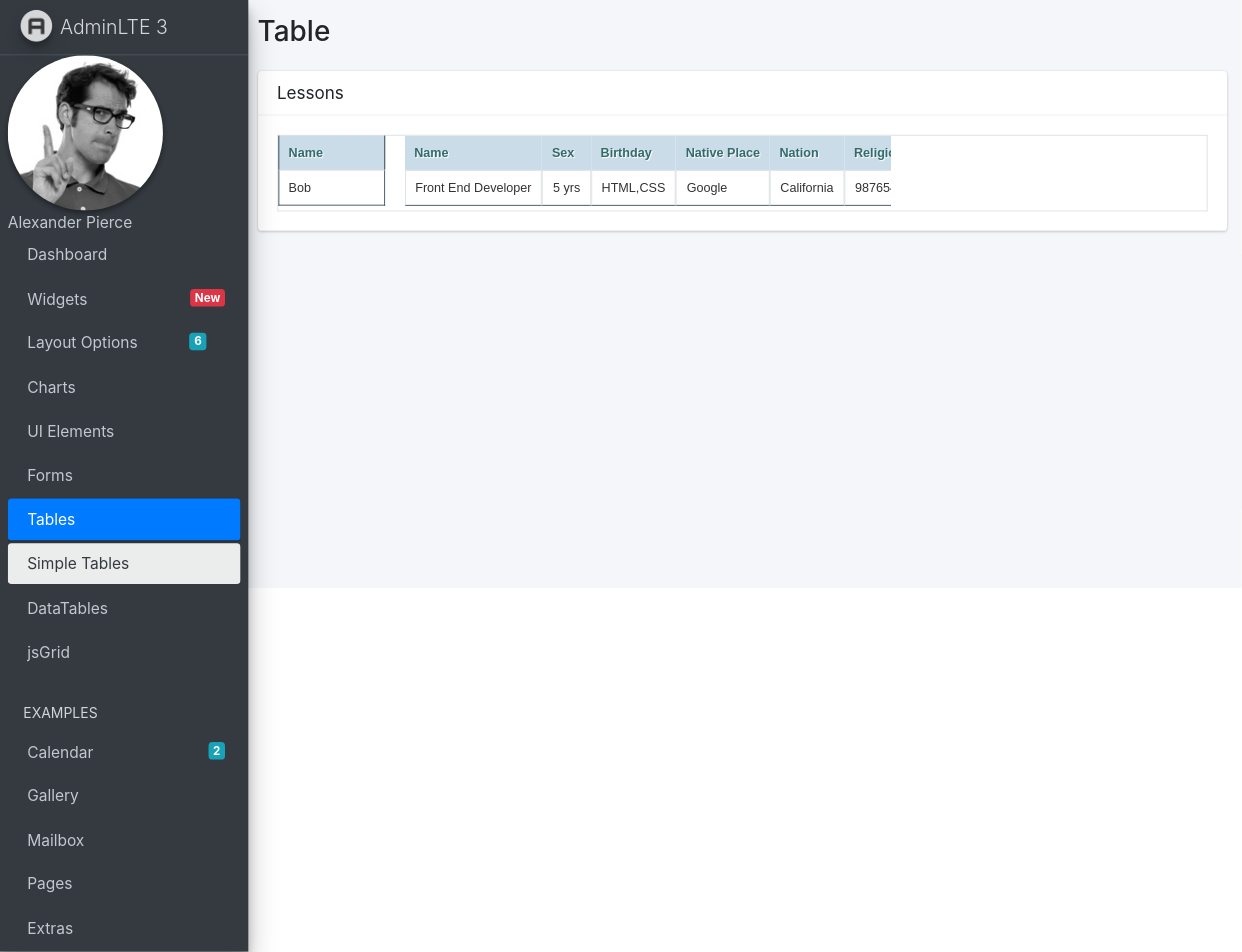
Repository: huyennvo/table
Page: http://localhost/table/students
An editor plug-in stored every save of this project. The page is shown before and after the next save, followed by the edit.
The browser window is 1280 px wide. The pictures show the whole page, at 97% of full size.
Some web fonts or font styles are not loaded; a fallback is used. The page is served by the project's Laravel application, run on PHP 8.4 with Laravel 8.

Above is the page before, as saved 2022-08-11 20:38:41.

After the next save:
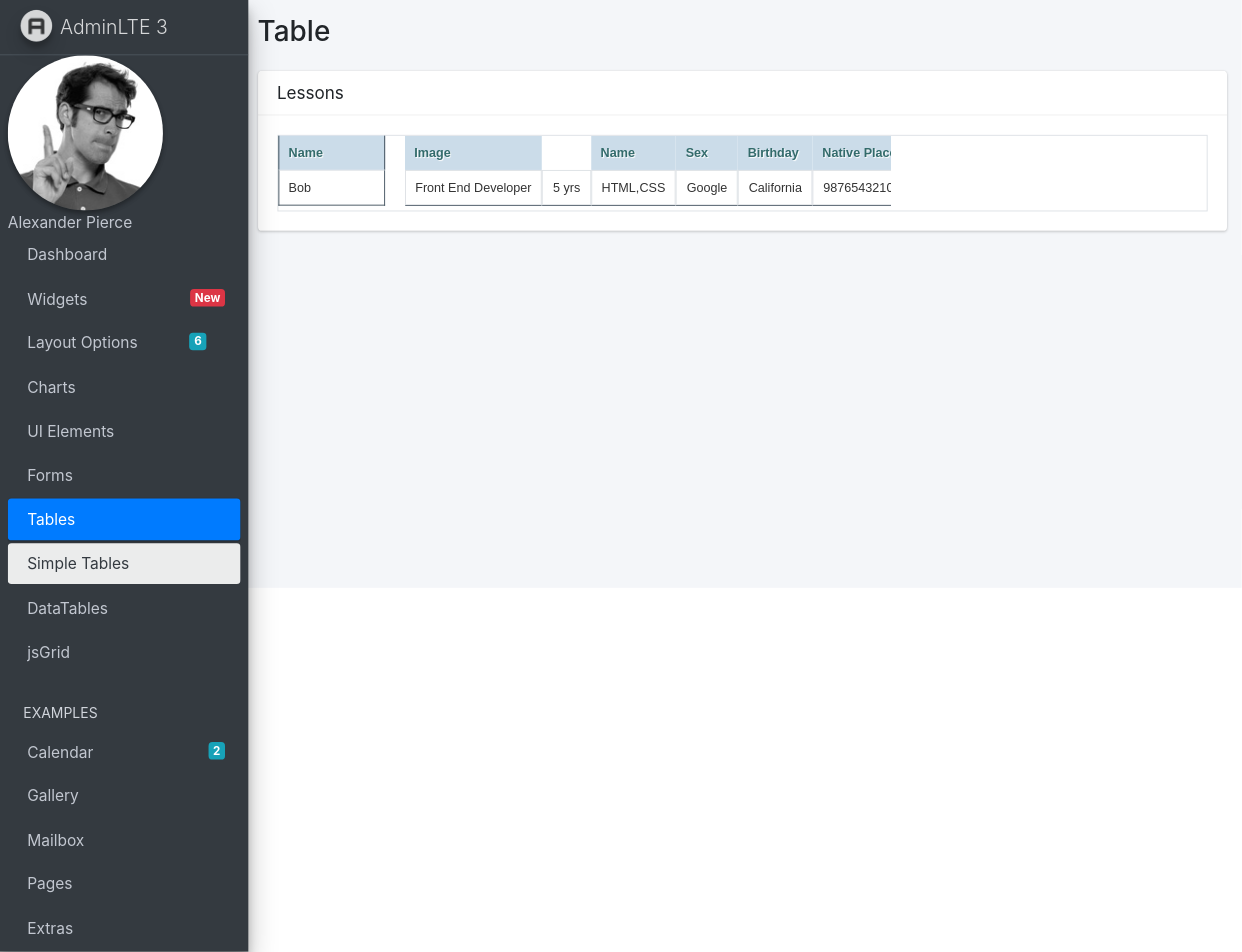
Saved 20 s later.
--- a/resources/views/students.blade.php
+++ b/resources/views/students.blade.php
@@ -19,7 +19,7 @@
         <thead>
             <tr>
                 <th class="fix-col">ID</th>
-                <th class="fix-col">Image</th>
+                <th>Image</th>
                 <th class="fix-col">Name</th>
 
                 <th>Name</th>
